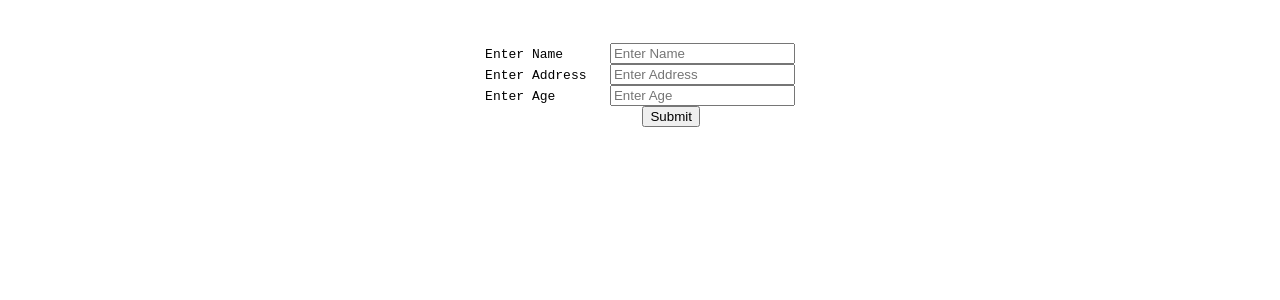
Repository: NarenD12/ProgramsFromTraining
Page: Week2Assessment/WebContent/InsertDetails.html
These files come from the project's save history. The page is drawn as it stood at one moment and after a run of saves; the edit follows.
The browser window is 1280 px wide. The pictures show the whole page.

Above is the page before, as saved 2023-09-21 17:47:00.

### Week2Assessment/WebContent/InsertDetails.html
<!DOCTYPE html>
<html>
<head>
<style>
body {text-align:center;}
</style>
<meta charset="ISO-8859-1">
<title>Insert title here</title>
</head>
<body>
<pre>
	<form action=Insertion method=post>
Enter Name	<input type="text" name="name" placeholder="Enter Name">
Enter Address	<input type="text" name="address" placeholder="Enter Address">
Enter Age	<input type="number" name="age" placeholder="Enter Age">
	<input type="submit">
</form>
</pre>
</body>
</html>

After the next 2 saves:
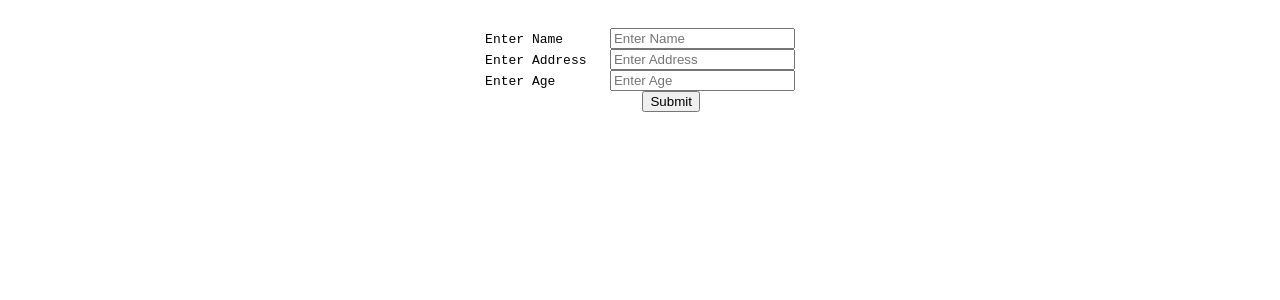
The 2 saves are shown as one change because they came seconds apart.
The last was saved 23 s later.
--- a/Week2Assessment/WebContent/InsertDetails.html
+++ b/Week2Assessment/WebContent/InsertDetails.html
@@ -8,13 +8,14 @@ body {text-align:center;}
 <title>Insert title here</title>
 </head>
 <body>
+<form action=Insertion method=post>
 <pre>
-	<form action=Insertion method=post>
+
 Enter Name	<input type="text" name="name" placeholder="Enter Name">
 Enter Address	<input type="text" name="address" placeholder="Enter Address">
 Enter Age	<input type="number" name="age" placeholder="Enter Age">
 	<input type="submit">
+</pre>
 </form>
-</pre>
 </body>
 </html>
